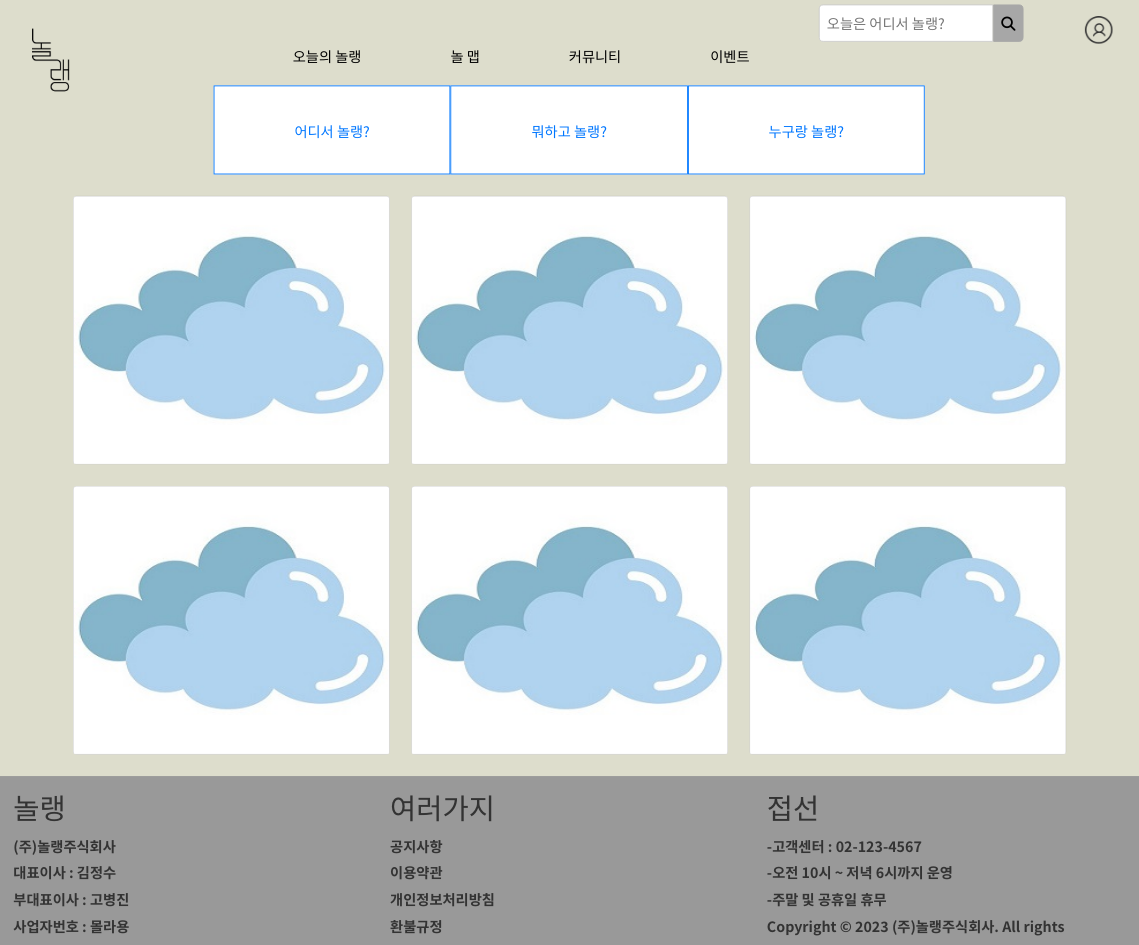
Repository: rrqrw/-
Page: http://localhost/noll_project/who/who3.jsp
The author's editor kept a copy of each file at every save. The page is drawn from the files as they stood at one save, then again after the next save.
The browser window is 1280 px wide. The pictures show the whole page, at 89% of full size.
Some web fonts or font styles are not loaded; a fallback is used. Some web libraries are served in a nearby version. The page is served by Tomcat 9.

Above is the page before, as saved 2023-12-12 10:51:31.

After the next save:
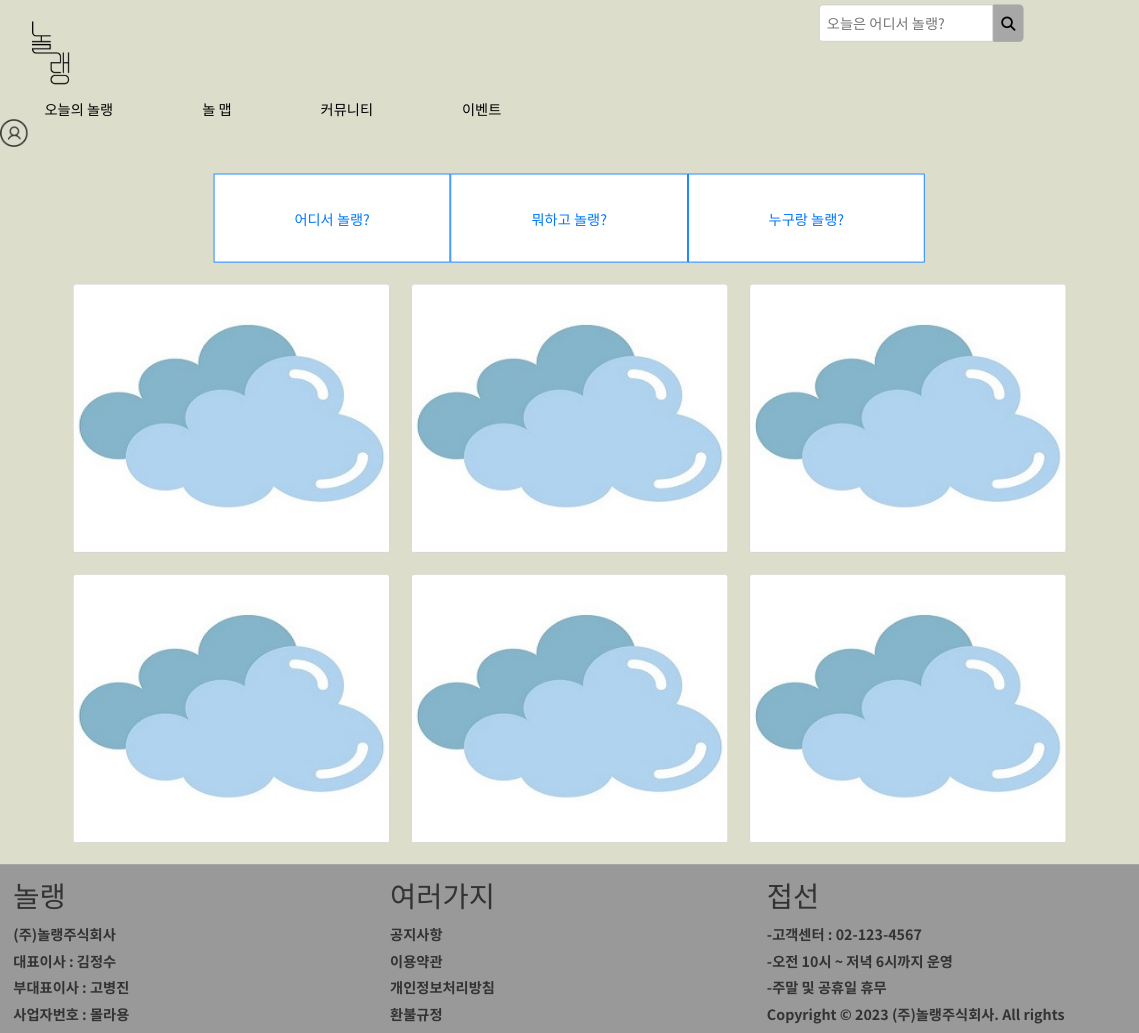
Saved 3 min 21 s later.
--- a/noll_project/src/main/webapp/header.jsp
+++ b/noll_project/src/main/webapp/header.jsp
@@ -12,7 +12,7 @@
   <!-- defer, async 아래 html을 다읽고 외부 js를 읽게 (지연) 해줌 -->
 </head>
 <body>
-  <nav class="navbar">
+  <nav class="navbar_bar">
     <div class="navbar_logo">
       <a href="#"><img src="../resources/images/logo.png" alt="로고" style="width: 80px;"></a>
     </div>
